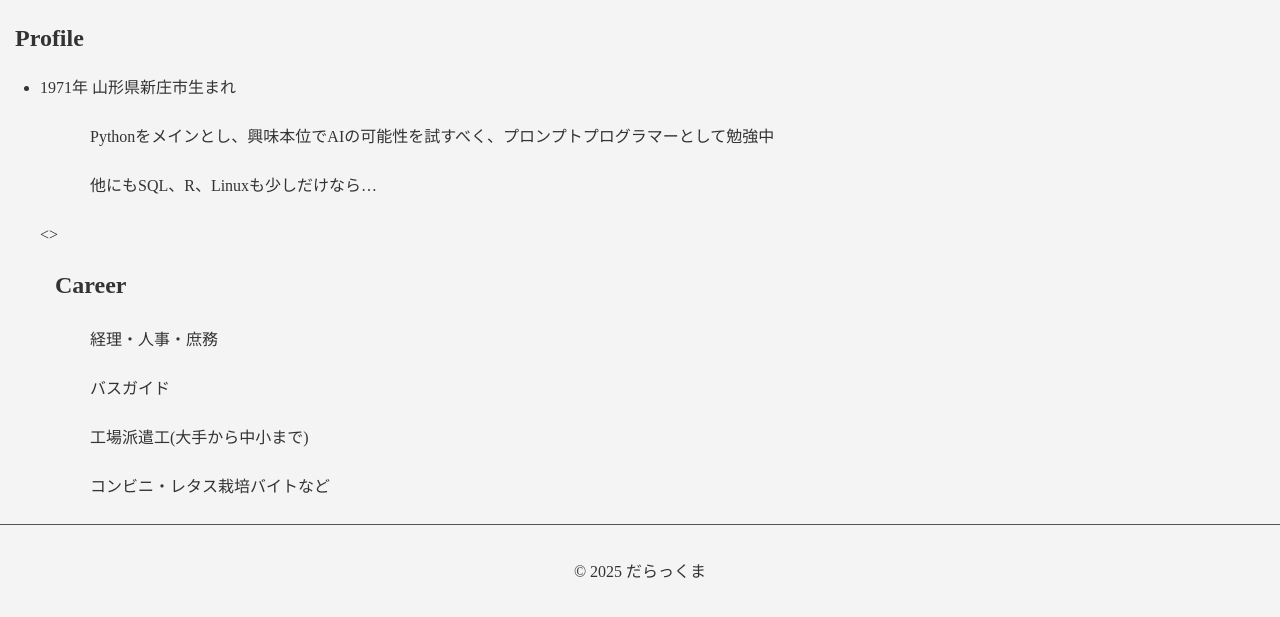
Repository: rydeen7907/html
Page: profile.html
These files come from the project's save history. The page is drawn as it stood at one moment and after the next save; the edit follows.
The browser window is 1280 px wide. The pictures show the whole page.

Above is the page before, as saved 2025-04-27 17:42:32.

### profile.html
<!DOCTYPE html>
<html lang="ja">
<head>
    <meta charset="UTF-8">
    <meta name="viewport" content="width=device-width, initial-scale=1.0">
    <title>Profile - だらっくまのサイト</title>
    <link rel="stylesheet" href="style.css">
</head>
<body>
    <main>
        <h2>Profile</h2>
        <ul>
            <li>1971年 山形県新庄市生まれ</li>

            <p>Pythonをメインとし、興味本位でAIの可能性を試すべく、プロンプトプログラマーとして勉強中</p>

            <p>他にもSQL、R、Linuxも少しだけなら…</p>
        <>
        <h2>Career</h2>

        <p>経理・人事・庶務</p>

        <p>バスガイド</p>

        <p>工場派遣工(大手から中小まで)</p>

        <p>コンビニ・レタス栽培バイトなど</p>

        </ul>
    </main>

 <footer class="social-links">
        <p>&copy; 2025 だらっくま</p>
    </footer>

</body>
</html>

### style.css
/* 基本スタイル */
:root {
    /* 色の設定 */
    --text-color-dark: #333; /*  */
    --text-color-light: #555; /*  */
    --background-color: #f4f4f4; /*  */
    --background-color-scroll: aqua; /*  */
    --link-color: #333; /* リンクの色 */
    --link-color-hover: #ff8000; /* ホバー時のリンク色 */

/* タイポグラフィ */
    --font-family: Arial, sans-serif; /* フォントファミリー */
    --line-height-base: 1.5; /* 行間を調整 (例：1.5倍 px,%,emでも可能) */
    --font-size-small: 12px; /* フォントサイズを小さく */
    --font-size-base: 16px; /* 基本フォントサイズ */
    --font-size-large: 24px; /* 大きなフォントサイズ */
    --font-size-xlarge: 32px; /* 特大フォントサイズ */

/* 余白 */
    --margin-xs: 5px; /* 小さなマージン */
    --margin-s: 10px; /* 基本マージン */
    --margin-m: 15px; /* 中くらいのマージン */
    --margin-l: 20px; /* 大きなマージン */
    --margin-xl: 25px; /* 特大マージン */
    --margin-xxl: 40px; /* 特特大マージン */
    --margin-xxxl: 50px; /* 特特特大マージン */
}

body {
    margin: 0; /* ブラウザデフォルトのマージンをリセット */
    padding: 0; /* ブラウザデフォルトのパディングをリセット */
    padding-bottom: var(--margin-xxxl); /* ページ下部のパディングを追加 */
    font-family: var(--font-size-base);
    line-height: var(--line-height-base); /* 行間を読みやすく調整 (例：2.0倍 px,%,emでも可能) */
    color: var(--text-color-dark); /* 文字色を濃いグレーに設定 */
    background-color: var(--background-color); /* 背景色を薄いグレーに設定 */
}

/* ヘッダー */
.header-image {
    display: block; /* 中央配置のためブロック要素に */
    width: 100%;
    /* max-width: auto; は width: 100%; があれば不要 */
    height: 400px;
    margin: 0 auto; /* 上下のマージンは０、左右は自動で中央揃え */
    object-fit: cover; /* 画像のアスペクト比を維持、要素に合わせる */
}

/* 画像の説明文 */
.image-caption {
    padding-top: var(--margin-xs); /* 上部のパディングを追加 */
    padding-bottom: var(--margin-xs); /* 下部のパディングを追加 */
    padding-left: var(--margin-m);    /* 左側のパディングを追加 */
    padding-right: var(--margin-m); /* 右側のパディングを追加 */

    margin-top: var(--margin-xs); /* 上部のマージンを追加 */
    margin-bottom: var(--margin-xl); /* 下部のマージンを追加 */
    font-size: var(--font-size-small); /* フォントサイズを小さく */
    color: var(--text-color-light); /* 文字色を薄いグレーに */
    text-align: right; /* 右寄せ */
}

/* 画像キャプション内のリンク */
.image-caption a {
    color: inherit; /* リンクの色 */
    text-align: right;
    text-decoration: none; /* 下線を削除 */
}
.image-caption a:hover,
.image-caption a:focus {
    color: var(--link-color-hover); /* ホバー時のリンク色 */
    text-decoration: underline; /* 下線を追加 */
}

/* スクロールテキストコンテナ */
.scrolling-text-container {
    width: 100%; /* 幅 */
    height: 55px; /* 高さ */
    margin-bottom: var(--margin-xxl); /* 下部のマージンを追加 */
    padding-top: var(--margin-xs); /* 上部のパディングを追加 */
    padding-bottom: var(--margin-s); /* 下部のパディングを追加 */
    box-sizing: border-box; /* パディングとボーダーを含めたサイズ計算 */
    background-color: var(--background-color-scroll); /* 背景色をアクアに設定 */
    overflow: hidden; /* はみ出た部分を隠す */
}

/* スクロールテキスト */
.scrolling-text {
    display: inline-block; /* インラインブロック要素に設定 */
    margin: 0; /* コンテナ内でのマージンを削除 */
    padding-left: 100%; /* 開始位置を右側に設定 */
    font-size: var(--font-size-large); /* フォントサイズ */
    font-weight: bold; /* 太字に設定 */
    color: var(--text-color-dark); /* 文字色を濃いグレーに */
    white-space: nowrap; /* 折り返し禁止 */
    animation: scroll-left 25s linear infinite; /* アニメーションを適用 */

}

/* スクロールアニメーションの定義 */
@keyframes scroll-left {
    0% {
        transform: translateX(0); /* 開始位置 */
    }
    100% {
        /* テキスト自身の幅だけ左に移動させる */
        transform: translateX(-150%);
    }
}

/* メインコンテンツ */
h1 {
    margin: var(--margin-xxl) 0 var(--margin-l); /* 上下のマージンを追加 */
    font-size: var(--font-size-xlarge); /* フォントサイズ */
    font-weight: bold; /* 太字に設定 */
    text-align: center; /* 中央配置 */
    color: var(--text-color-dark); /* 文字色を濃いグレーに */
}

main h2{
    margin-left: var(--margin-m); /* 左側のマージンを追加 */
}

/* 段落 p */
p {
    margin: var(--margin-xl) 0 ; /* 上下のマージンを追加 */
    text-align: center; /* 中央配置 */
    font-size: var(--font-size-base); /* フォントサイズ */
}

main p{
    margin-left: var(--margin-xxxl); /* 左側のマージンを追加 */
    text-align: left; /* 左寄せ */
    font-size: var(--font-size-base); /* フォントサイズ */
}

/* リンク a */
a {
    display: block;
    color: var(--link-color); /* 文字色を赤に */
    margin: var(--margin-s) auto; /* 上部のマージンを追加 */
    font-size: var(--font-size-base); /* フォントサイズ */
    font-weight: bold; /* 太字に設定 */
    text-align: center; /* 中央配置 */
    text-decoration: none; /* 下線を削除 */
    transition: color 0.3s; /* ホバー時の色変更にトランジションを追加 */
}

/* ホバー時のスタイル */
a:hover,
a:focus { /* ホバーとフォーカス時に適用するスタイル */
    color: var(--link-color-hover); /* ホバー時の文字色をオレンジに変更 */
    text-decoration: underline; /* 下線を追加 */
}

/* SNS リンク */
.social-links {
    text-align: center;
    margin: var(--margin-xl) 0; /* 上下のマージンを追加 */
    padding-bottom: var(--margin-s); /* 上下のパディングを追加 */
    border-top: 1px solid var(--text-color-light); /* 上部に薄いグレーのボーダーを追加 */
    padding-top: var(--margin-s); /* 上部のパディングを追加 */
}

.social-links h2 {
    font-size: var(--font-size-base); /* フォントサイズ */
    color: var(--text-color-dark); /* 文字色を濃いグレーに */
    margin: var(--margin-s) 0; /* 上下のマージンを追加 */
    font-weight: normal; /* 太字に設定 */
}

.social-links ul {
    list-style: none; /* リストのマークを削除 */
    padding: 0; /* パディングを削除 */
    margin: 0; /* マージンを削除 */
}

.social-links li {
    display: inline-block; /* 横並び */
    margin: 0 var(--margin-s); /* 左右のマージンを追加 */
}

/* SNSリンク 固有のスタイル */
.social-links a {
    display: inline-block; /* クリック範囲を確保 */
    line-height: 1; /* 画像のベースラインを揃えるのに役立つ */
    /* color: var(--link-color); /* リンクの色 */
    text-decoration: none; /* 下線を削除 */
    /*font-size: var(--font-size-base); /* フォントサイズ */
    transition: opacity 0.3s; /* ホバー時の透明度変更 (テキスト：color 0.3s)*/
}

.social-icon {
    width: 48px; /* アイコンの幅 */
    height: 48px; /* アイコンの高さ */
    vertical-align: middle; /* 他のアイコンと並んだ場合の垂直配置を中央に */
    /*object-fit: cover; /* 画像のアスペクト比を維持、要素に合わせる */
}

/* ホバー時のスタイル */
.social-links a:hover,
.social-links a:focus {
    /* color: var(--link-color-hover); /* ホバー時の文字色をオレンジに変更 */
    /* text-decoration: underline; /* 下線を追加 */
    opacity: 0.7; /* ホバー時の透明度を変更 */
}

After the next save:
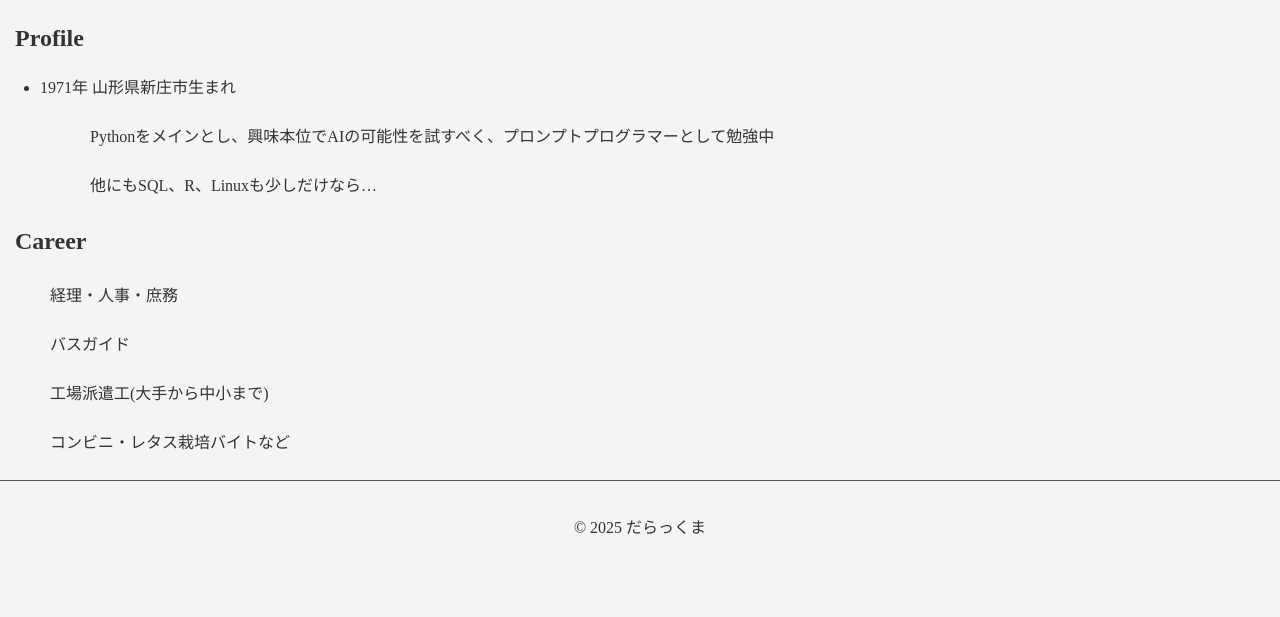
Saved 12 s later.
--- a/profile.html
+++ b/profile.html
@@ -15,7 +15,7 @@
             <p>Pythonをメインとし、興味本位でAIの可能性を試すべく、プロンプトプログラマーとして勉強中</p>
 
             <p>他にもSQL、R、Linuxも少しだけなら…</p>
-        <>
+        </ul>
         <h2>Career</h2>
 
         <p>経理・人事・庶務</p>
